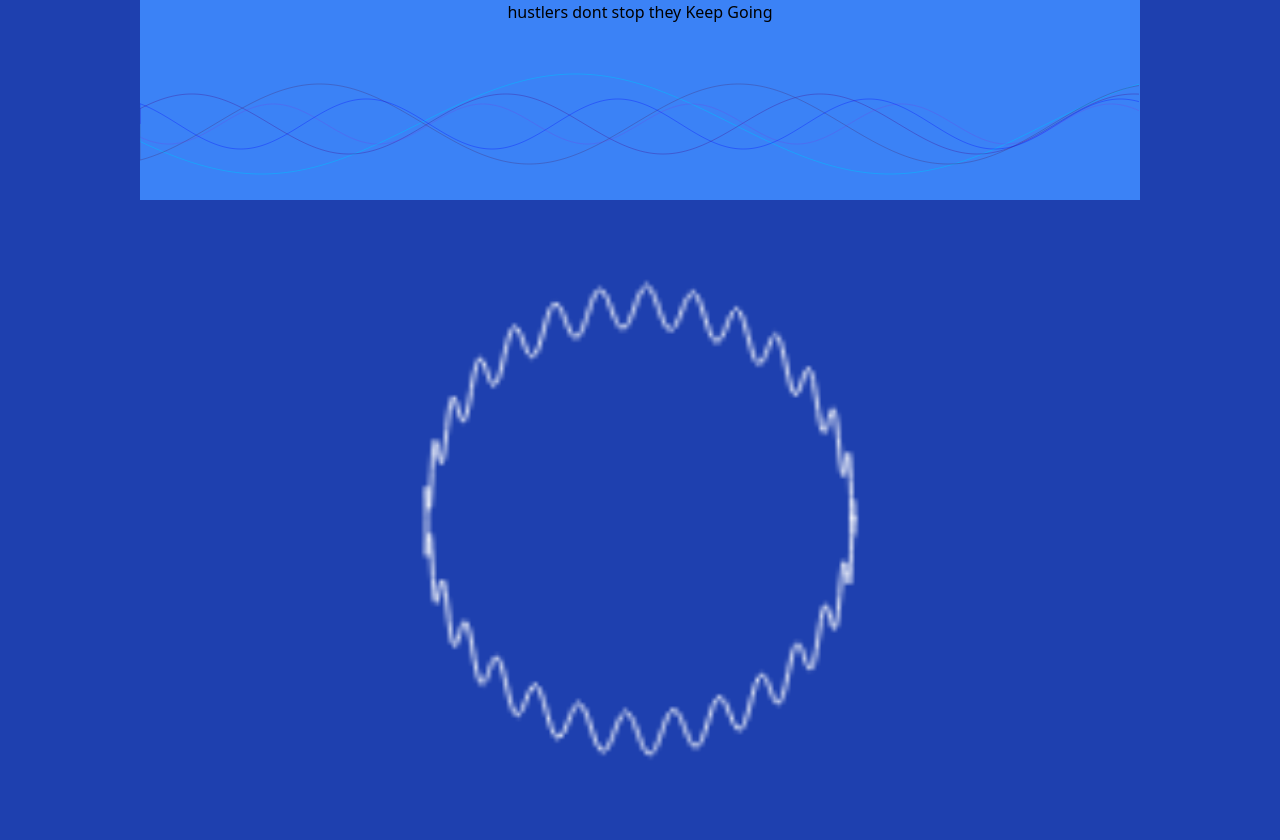
Repository: TMuse333/quantum-experiments
Page: /
These files come from the project's save history. The page is drawn as it stood at one moment and after a run of saves; the edit follows.
The browser window is 1280 px wide. The pictures show the whole page.
The project was rebuilt for these pictures with package versions that can differ from the ones it lists, and the page was loaded fresh each time. Also part of the build but not shown: vite.config.ts.

Above is the page before, as saved 2024-06-08 18:41:58.

After the next 4 saves:
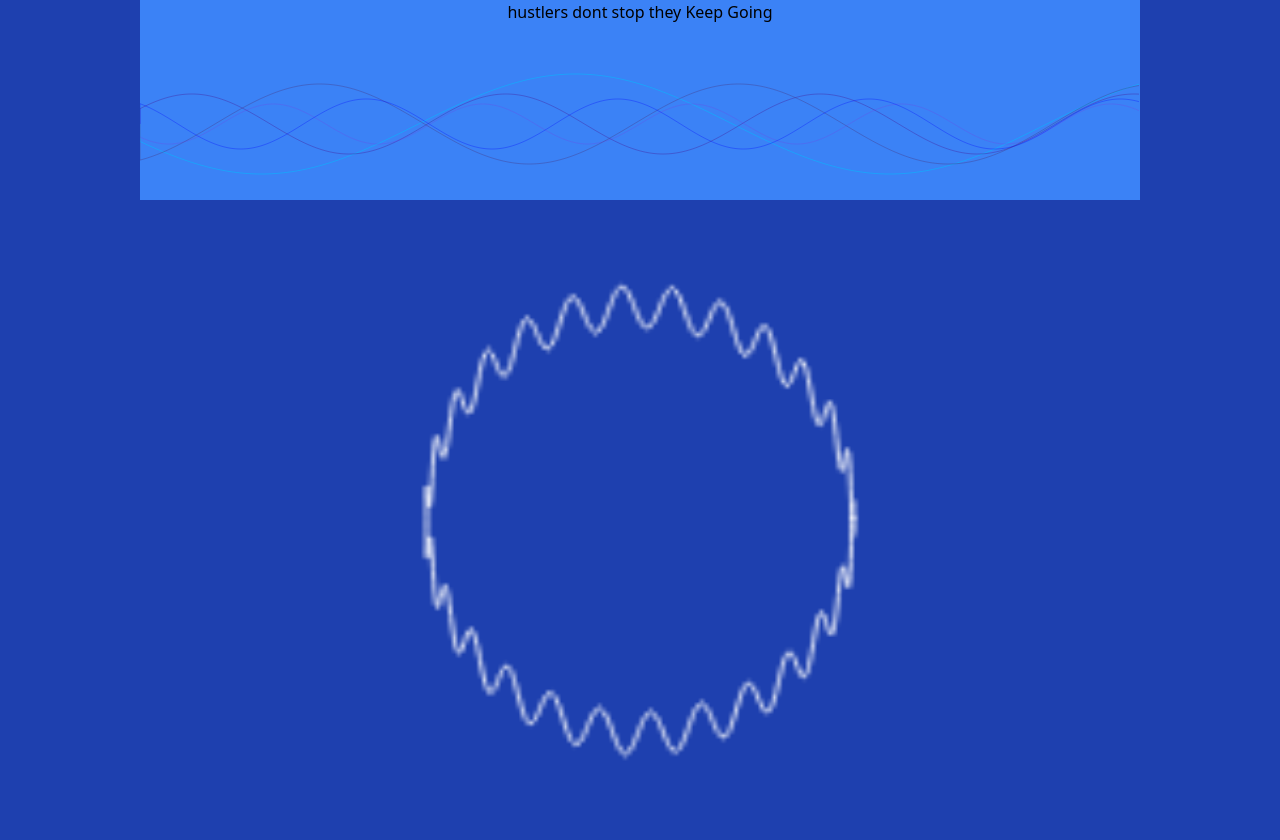
The 4 saves are shown as one change because they came seconds apart.
The last was saved 17 s later.
--- a/src/components/circularWave/circularWave.tsx
+++ b/src/components/circularWave/circularWave.tsx
@@ -16,7 +16,7 @@ const CircularWave: React.FC = () => {
     const radius = 50; // Radius of the circular wave
     const waveLength = 600; // Wavelength of the wave
     const amplitude = 5; // Amplitude of the wave
-    const frequency = 0.002; // Frequency of the wave
+    const frequency = 2; // Frequency of the wave
     const phaseShift = Math.PI / 4; // Phase shift to start the wave from the top
 
     const draw = () => {
